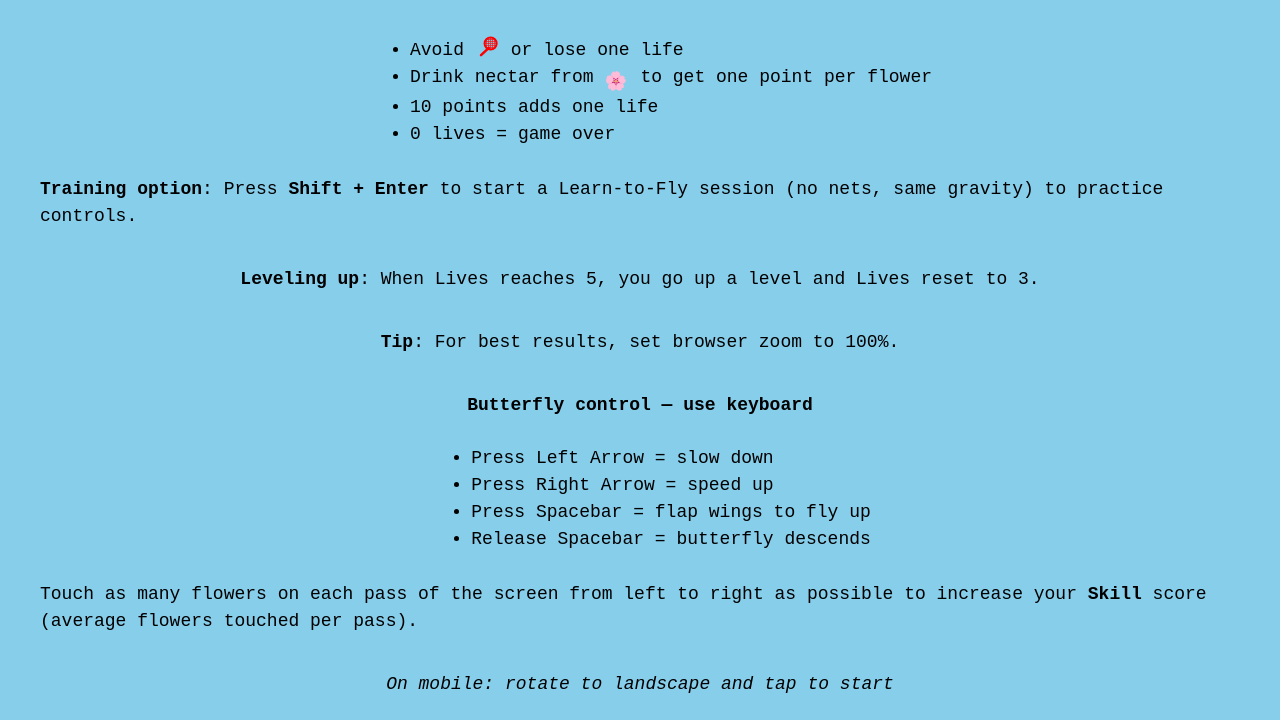
Repository: DeepFriedTurkey441/butterfly_dodge
Page: index.html
These files come from the project's save history. The page is drawn as it stood at one moment and after the next save; the edit follows.
The browser window is 1280 px wide. The pictures show the whole page.
An inner scrolling area shows only its first screen.

Above is the page before, as saved 2025-09-01 13:41:50.

After the next save:
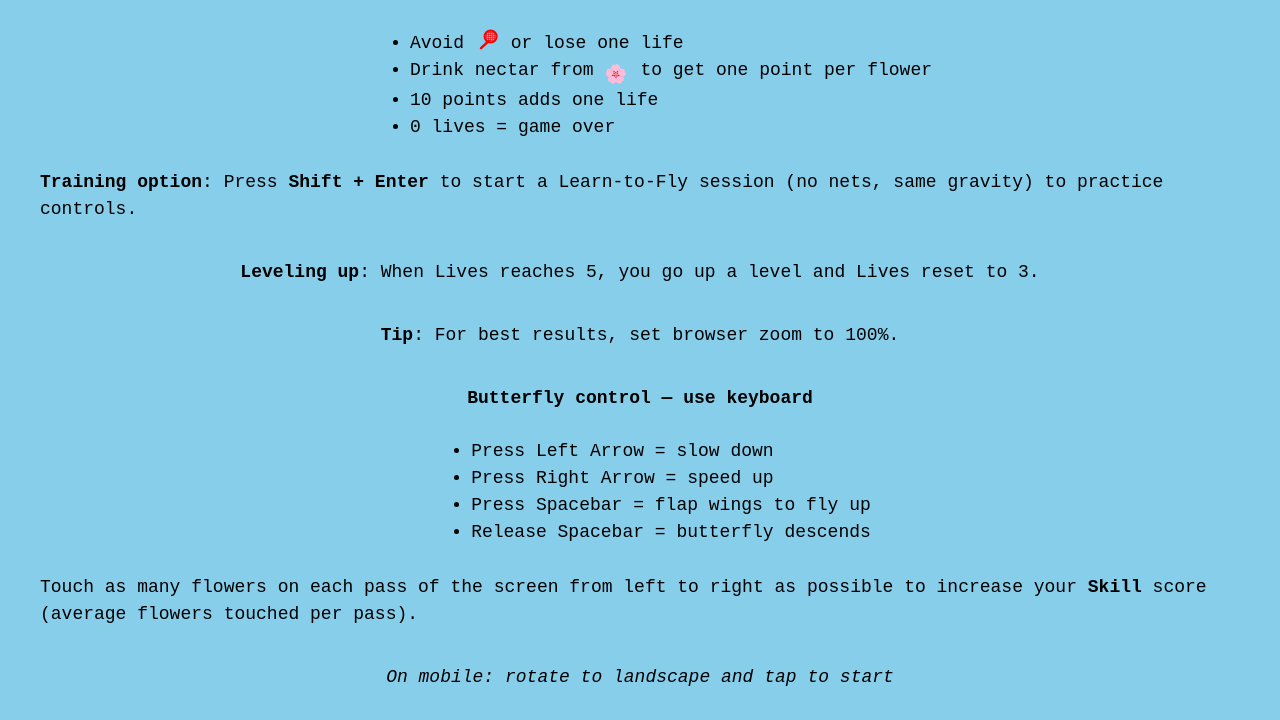
Saved 7 s later.
--- a/style.css
+++ b/style.css
@@ -36,6 +36,15 @@ body {
   .desktop-hint { display: none; }
 }
 
+#mobile-start {
+  font-size: 1em;
+  padding: 10px 14px;
+  border: none;
+  border-radius: 10px;
+  background: #0b74ff;
+  color: #fff;
+}
+
 .intro-bullets { margin: 8px 0 10px 22px; }
 .ico { display:inline-block; width:1.4em; height:1.4em; vertical-align:-0.25em; }
 .ico svg { width:100%; height:100%; display:block; }
